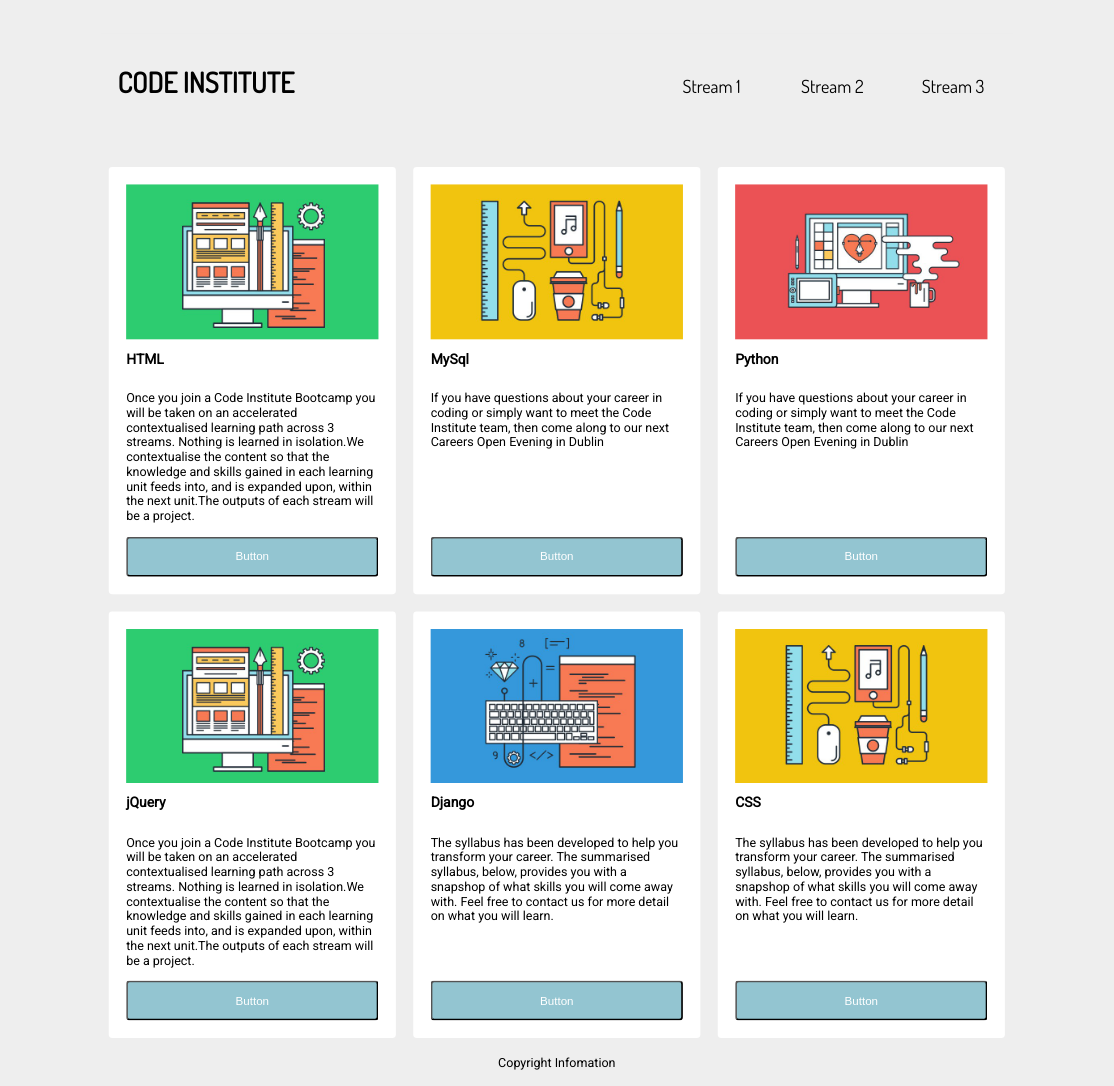
Repository: LivHed/jquery-events
Page: Cards-jquery.html
The author's editor kept a record of every edit. The page is drawn from the files as they stood at one moment, then again after the next edit.
The browser window is 1280 px wide. The pictures show the whole page, at 87% of full size.
Some web libraries are served in a nearby version.

Above is the page before.
Console error: SyntaxError: Unexpected token '*'

### Cards-jquery.html
<!doctype html>
<html>
<head>
	<meta charset="utf-8" />
	<meta name="viewport" content="width=device-width, initial-scale=1">
	<title>jQuery</title>
	<link href="css/style.css" rel="stylesheet">
	<link href='https://fonts.googleapis.com/css?family=Roboto' rel='stylesheet' type='text/css'>
	<link href='https://fonts.googleapis.com/css?family=Dosis' rel='stylesheet' type='text/css'>
</head>
<body>
<div id="container">
		<nav>
			<ul>
				<li id="logoNav">CODE INSTITUTE</li>
				<li id="stream1_btn">Stream 1</li>
				<li id="stream2_btn">Stream 2</li>
				<li id="stream3_btn">Stream 3</li>
			</ul>
		</nav>
		<div class="card stream1">
			<img class="card_image" src="img/3.png" alt="coding icon">
			<div class="card_bottom">
				<h2 class="card_head">HTML</h2>
				<p class="card_para">Once you join a Code Institute Bootcamp you will be taken on an accelerated contextualised learning path across 3 streams. Nothing is learned in isolation.We contextualise the content so that the knowledge and skills gained in each learning unit feeds into, and is expanded upon, within the next unit.The outputs of each stream will be a project. </p>
		    	<button class="bottom_button">Button</button>
			</div>
		</div>
		<div class="card stream3">
			<img class="card_image" src="img/1.png" alt="coding icon">
			<h2 class="card_head">MySql</h2>
			<p class="card_para">If you have questions about your career in coding or simply want to meet the Code Institute team, then come along to our next Careers Open Evening in Dublin</p>
			<button class="bottom_button">Button</button>
		</div>

		<div class="card stream2">
			<img class="card_image" src="img/2.png" alt="coding icon">
			<h2 class="card_head">Python</h2>
			<p class="card_para">If you have questions about your career in coding or simply want to meet the Code Institute team, then come along to our next Careers Open Evening in Dublin</p>
			<button class="bottom_button">Button</button>
		</div>
		<div class="card stream1">
			<img class="card_image" src="img/3.png" alt="coding icon">
			<div class="card_bottom">
				<h2 class="card_head">jQuery</h2>
				<p class="card_para">Once you join a Code Institute Bootcamp you will be taken on an accelerated contextualised learning path across 3 streams. Nothing is learned in isolation.We contextualise the content so that the knowledge and skills gained in each learning unit feeds into, and is expanded upon, within the next unit.The outputs of each stream will be a project. </p>
			  <button class="bottom_button">Button</button>
			</div>
		</div>
		<div class="card stream3">
			<img class="card_image" src="img/4.png" alt="coding icon">
			<h2 class="card_head">Django</h2>
			<p class="card_para">The syllabus has been developed to help you transform your career. The summarised syllabus, below, provides you with a snapshop of what skills you will come away with. Feel free to contact us for more detail on what you will learn.</p>
			<button class="bottom_button">Button</button>
		</div>
		<div class="card stream1">
			<img class="card_image" src="img/1.png" alt="coding icon">
			<h2 class="card_head">CSS</h2>
			<p class="card_para">The syllabus has been developed to help you transform your career. The summarised syllabus, below, provides you with a snapshop of what skills you will come away with. Feel free to contact us for more detail on what you will learn.</p>
			<button class="bottom_button">Button</button>
		</div>
		<div id="my_footer">
			<p id="copyright">Copyright Infomation</p>
		</div>
	</div>
	<script
	src="https://code.jquery.com/jquery-3.2.1.js"
	integrity="sha256-DZAnKJ/6XZ9si04Hgrsxu/8s717jcIzLy3oi35EouyE="
	crossorigin="anonymous"></script>

	<script src="script.js"></script> <!-- Scripts located at the bottom of the body to insure page is fully loaded before execution -->

</body>
</html>

### style.css
body{
	font-family: 'Roboto', sans-serif;
	/*background-image: url(img/code-institute.jpg);
 	background-size: cover;
 	color: #ffffff;*/
 	background-color: #eee;
}

h1{
	font-size: 3em;
	text-align: center;
}
h2{
	font-size: 1em;
	text-align: left;
}
p{
	font-size: .9rem;
}

div{
	border-radius: 4px;
}

.card_image{
	width: 100%;
}
.bottom_button{
	display: flex;
	box-sizing:border-box;
	border-radius: 4px;
	display: block;
	width: 100%;
	background-color:rgba(129, 187, 201,.85);
	text-align: center;
	padding: 1em .75em;
	text-decoration: none;
	color: #fff;

}

.card_bottom{
	display: flex;
	flex-flow:column;
}
.card_head{
	flex:0;
}
.card_para{
	flex:1 0 auto;
}

#container
{
	display: flex;		/* makes container a flexbox*/
	flex-flow: row wrap; 	/* layout the boxes in rows and wrap them*/
	box-sizing:border-box;
	margin-right:auto;
	margin-left:auto;
	max-width:1050px;
}
#logo{
	width: 800px;
	margin: auto;
}

.card{
	flex:1; /* */
	display: flex;	/* make the contents controllable by flexbox*/
	flex-flow:column;	/* */
	min-width: 240px; /**/
	margin: 10px;
	padding: 20px;
	background-color: #fff;
}
.highlight_stream{
	background-color: #EB5255;
}

#my_footer{
	width:100%;
	text-align: center;
}
#copyright{
	margin-top:10px;
	margin-bottom:10px;

}

/*************************
Navigation

**************************/

nav{
	font-family: roboto;
	background-color: #eee;
	margin: 30px auto;
	width: 100%;
}
ul{
	display: flex;
	justify-content:space-between;
	flex-flow: row;
	/*flex-flow: row-reverse;*/
	/*justify-content:flex-end;*/
	/*justify-content:space-around;*/
	/*align-items:flex-start;*/
	align-items:baseline;
	border-radius: 10px;
	list-style-type: none; /*Remove Bullets*/
	padding: 0;
}
li{
	flex:1;
	height: 30px;
	/*width:10%;*/
	/*border:2px solid #000;*/
	/*background-color: #81BBC9;*/
	/*border-radius: 10px;*/
	font-family: Dosis;
	padding:20px 20px 20px 20px;
	text-align: center;
	font-size: 1.3em;
}

#logoNav{
	flex:6;
	text-align: left;
	font-size: 2em;
	font-weight: bold;
}

.underline{
  text-decoration:underline;
}
.border{
  border: solid 5px #ccc;
}


@media screen and (max-width: 700px){
	ul{
		flex-flow: column;
		align-items:center;
	}
	li{
		font-size: 2em;
	}
}

### script.js
//waits until page is loaded first
 $(document).ready(function(){

   //applies colour red to paragraphs when clicked on
    $("p").click(function(){
        $("p").addClass("highlight_text");
    });

    //will add lightblue to h2 elements
    $("h2").hover(function(){
        $("h2").addClass( "h2_color");
    }); */

/*paragraphs hiding when clicking on the button ,and then show when clicking on the button again*/
    $("#effect_button1").on("click", function() {
 		 $('#paragraph1').slideToggle('1000');
   });
    $("#effect_button2").click(function(){
        $('#paragraph2').slideToggle('1000');
    });
    $("#effect_button3").click(function(){
        $('#paragraph3').slideToggle('1000');
    });
    $("#effect_button4").click(function(){
        $('#paragraph4').slideToggle('1000');
    });
    $("#effect_button5").click(function(){
        $('#paragraph5').slideToggle('1000');
    });
    $("#effect_button6").click(function(){
        $('#paragraph6').slideToggle('1000');
    });

/*fadeTo effect when hovering over the button */

     $("#effect_button1").mouseenter(function(){
        $('#effect_button1').fadeTo(1000, 0.5);
    });
    $("#effect_button1").mouseleave(function(){
        $('#effect_button1').fadeTo(1000, 1);
    });

    $("#effect_button2").mouseenter(function(){
        $('#effect_button2').fadeTo(1000, 0.5);
    });
    $("#effect_button2").mouseleave(function(){
        $('#effect_button2').fadeTo(1000, 1);
    });

    $("#effect_button3").mouseenter(function(){
        $('#effect_button3').fadeTo(1000, 0.5);
    });
    $("#effect_button3").mouseleave(function(){
        $('#effect_button3').fadeTo(1000, 1);
    });

    $("#effect_button4").mouseenter(function(){
        $('#effect_button4').fadeTo(1000, 0.5);
    });
    $("#effect_button4").mouseleave(function(){
        $('#effect_button4').fadeTo(1000, 1);
    });

    $("#effect_button5").mouseenter(function(){
        $('#effect_button5').fadeTo(1000, 0.5);
    });
    $("#effect_button5").mouseleave(function(){
        $('#effect_button5').fadeTo(1000, 1);
    });

    $("#effect_button6").mouseenter(function(){
        $('#effect_button6').fadeTo(1000, 0.5);
    });
    $("#effect_button6").mouseleave(function(){
        $('#effect_button6').fadeTo(1000, 1);
    });


    /*
    this will apply larger font size to the active h2 element
    by adding the h2_font_size class but
    not the other h2 elements by removing class h2_font_size from them
    */
    $("#hr_html").hover(function(){
        $("#hr_mysql").removeClass("h2_font_size");
        $("#hr_python").removeClass("h2_font_size");
        $("#hr_jquery").removeClass("h2_font_size");
        $("#hr_django").removeClass("h2_font_size");
        $("#hr_css").removeClass("h2_font_size");
        $("#hr_mysql").removeClass("h2_font_size");
        $("#hr_html").addClass("h2_font_size");
    });

    $("#hr_mysql").hover(function(){
        $("#hr_python").removeClass("h2_font_size");
        $("#hr_jquery").removeClass("h2_font_size");
        $("#hr_django").removeClass("h2_font_size");
        $("#hr_css").removeClass("h2_font_size");
        $("#hr_html").removeClass("h2_font_size");
        $("#hr_mysql").addClass("h2_font_size");
    });

    $("#hr_python").hover(function(){
        $("#hr_mysql").removeClass("h2_font_size");
        $("#hr_jquery").removeClass("h2_font_size");
        $("#hr_django").removeClass("h2_font_size");
        $("#hr_css").removeClass("h2_font_size");
        $("#hr_html").removeClass("h2_font_size");
        $("#hr_python").addClass("h2_font_size");
    });

    $("#hr_jquery").hover(function(){
        $("#hr_mysql").removeClass("h2_font_size");
        $("#hr_python").removeClass("h2_font_size");
        $("#hr_django").removeClass("h2_font_size");
        $("#hr_css").removeClass("h2_font_size");
        $("#hr_html").removeClass("h2_font_size");
        $("#hr_jquery").addClass("h2_font_size");
    });

    $("#hr_django").hover(function(){
        $("#hr_mysql").removeClass("h2_font_size");
        $("#hr_python").removeClass("h2_font_size");
        $("#hr_jquery").removeClass("h2_font_size");
        $("#hr_css").removeClass("h2_font_size");
        $("#hr_html").removeClass("h2_font_size");
        $("#hr_django").addClass("h2_font_size");
    });

    $("#hr_css").hover(function(){
        $("#hr_mysql").removeClass("h2_font_size");
        $("#hr_python").removeClass("h2_font_size");
        $("#hr_jquery").removeClass("h2_font_size");
        $("#hr_django").removeClass("h2_font_size");
        $("#hr_html").removeClass("h2_font_size");
        $("#hr_css").addClass("h2_font_size");
    });

    //applies colour black to body background when mouse enters over buttons
    $(".bottom_button").mouseenter(function(){
        $("body").css( "background-color", "black");
    });

    //applies colour grey to body background when mouse leaves buttons
    $(".bottom_button").mouseleave(function(){
        $("body").css( "background-color", "#eee");
    });
    */

    $(".stream-nav").on("click", function() {
    // A selector to match all cards in all streams
    var allStreamsCardsSelector = ".card";
    // A selector to match just this stream's cards
    // for this, we use the class with the name of the stream,
    // which is the same as this nav link's id and then the "-card" suffix.
    var thisStreamCardsSelector = "." + this.id + "-card";

    // First remove the highlight from all of the cards
    $(allStreamsCardsSelector).removeClass("card-highlight");
    // Then apply the highlight to just this stream's cards
    $(thisStreamCardsSelector).addClass("card-highlight");
});

 });

After the next edit:
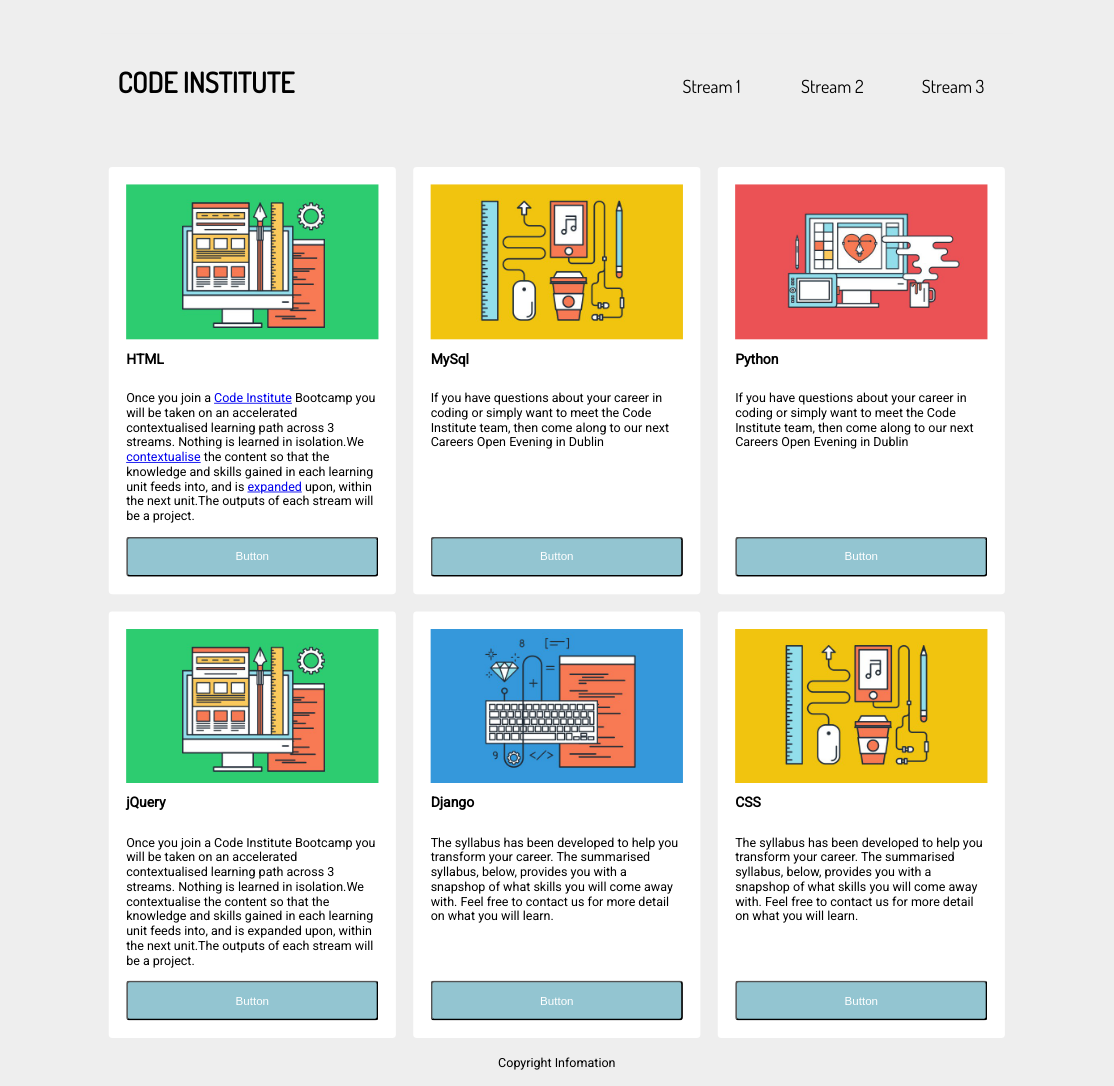
The edit:
--- a/Cards-jquery.html
+++ b/Cards-jquery.html
@@ -22,7 +22,7 @@
 			<img class="card_image" src="img/3.png" alt="coding icon">
 			<div class="card_bottom">
 				<h2 class="card_head">HTML</h2>
-				<p class="card_para">Once you join a Code Institute Bootcamp you will be taken on an accelerated contextualised learning path across 3 streams. Nothing is learned in isolation.We contextualise the content so that the knowledge and skills gained in each learning unit feeds into, and is expanded upon, within the next unit.The outputs of each stream will be a project. </p>
+				<p class="card_para">Once you join a <a href="#">Code Institute</a> Bootcamp you will be taken on an accelerated contextualised learning path across 3 streams. Nothing is learned in isolation.We <a href="#">contextualise</a> the content so that the knowledge and skills gained in each learning unit feeds into, and is <a href="#">expanded</a> upon, within the next unit.The outputs of each stream will be a project. </p>
 		    	<button class="bottom_button">Button</button>
 			</div>
 		</div>
